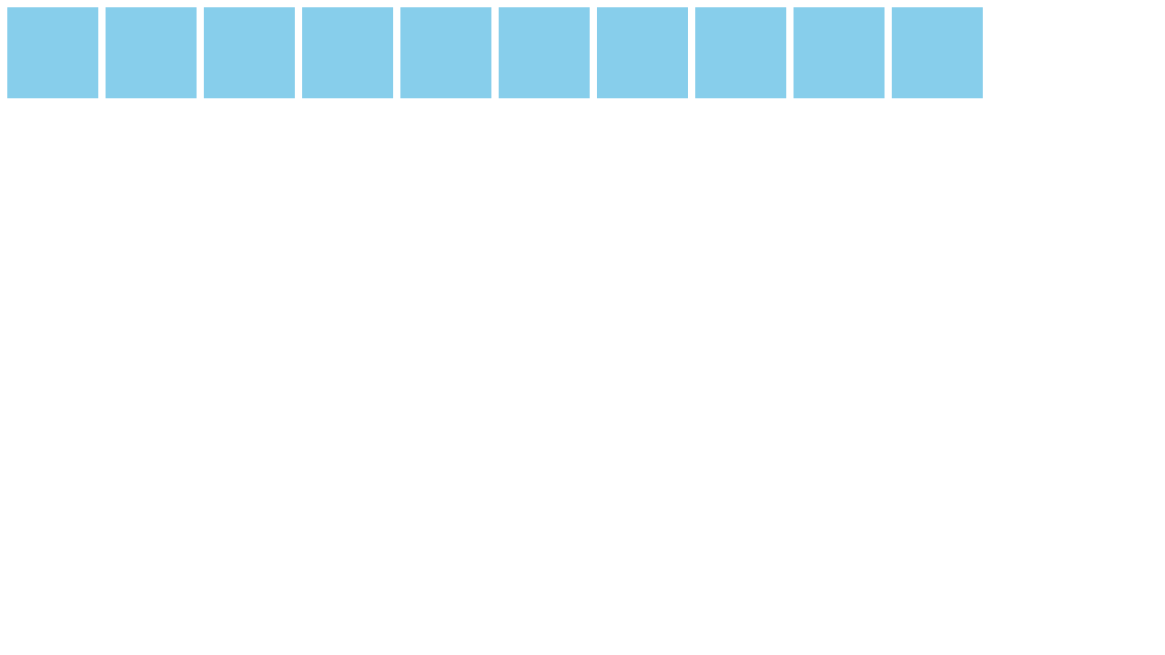
Repository: kojimayu/First-time-JavaScript
Page: index.html
The author's editor kept a copy of each file at every save. The page is drawn from the files as they stood at one save, then again after the next save.
The browser window is 1280 px wide. The pictures show the whole page, at 91% of full size.

Above is the page before, as saved 2019-04-02 18:50:17.

After the next save:
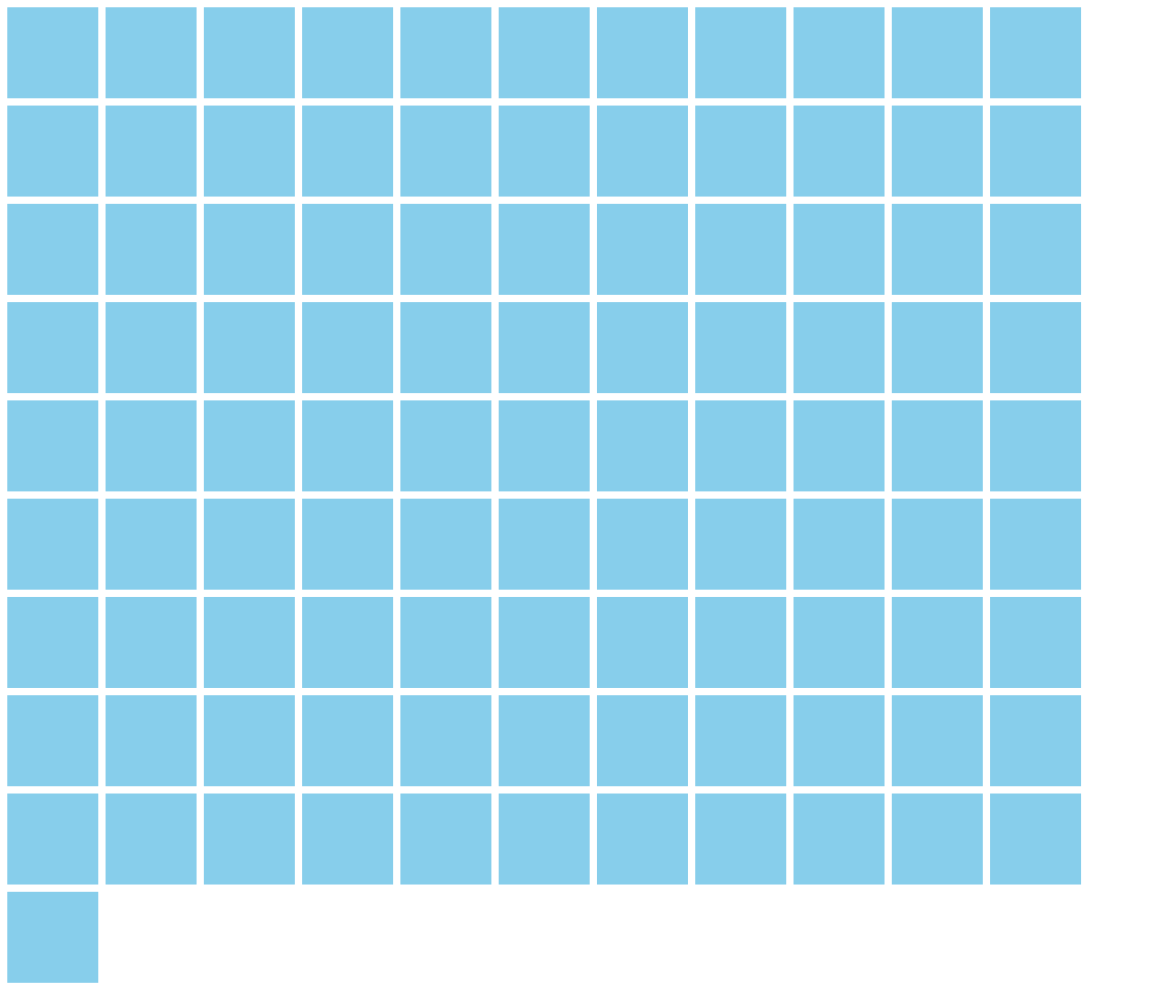
Saved 61 s later.
--- a/index.html
+++ b/index.html
@@ -33,7 +33,7 @@
     <script>
         'use strict';
 
-        for (let i = 0; i < 10; i++) {
+        for (let i = 0; i < 100; i++) {
 
             const div = document.createElement('div');
             div.classList.add('box')
